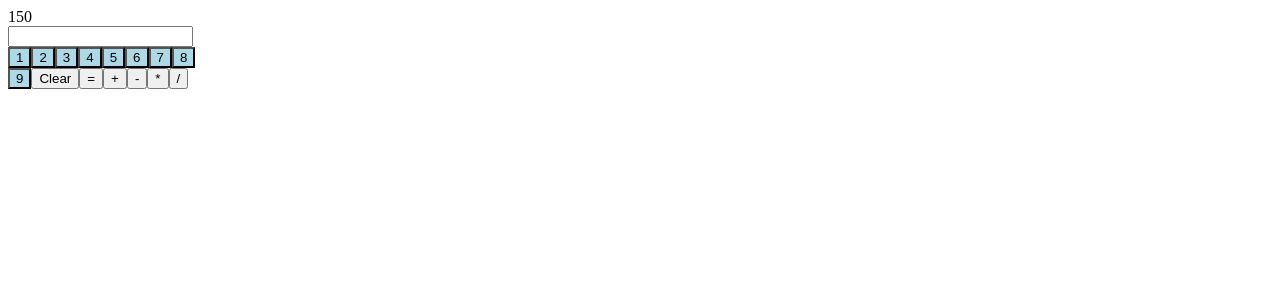
Repository: weazzyefff/Calculator-App
Page: index.html
The author's editor kept a copy of each file at every save. The page is drawn from the files as they stood at one save, then again after the next save.
The browser window is 1280 px wide. The pictures show the whole page.

Above is the page before, as saved 2022-12-16 19:42:50.

### index.html
<!DOCTYPE html>
<html>
<head>
	<meta charset="utf-8">
	<meta name="viewport" content="width=device-width, initial-scale=1">
	<title>Calculator App</title>
    <link rel="stylesheet" href="style.css">
</head>
<body>
    <div class="container">
        <div class="display">150</div>
        <input>
        <button type ="input" class="numbtn">1</button>
        <button type ="input" class="numbtn">2</button>
        <button type ="input" class="numbtn">3</button>
        <button type ="input" class="numbtn">4</button>
        <button type ="input" class="numbtn">5</button>
        <button type ="input" class="numbtn">6</button>
        <button type ="input" class="numbtn">7</button>
        <button type ="input" class="numbtn">8</button>
        <button type ="input" class="numbtn">9</button>
        <button type ="input">Clear</button>
        <button type ="input">=</button>
        <button type ="input">+</button>
        <button type = "input">-</button>
        <button type = "input">*</button>
        <button type = "input">/</button>
    </div>


</body>
</html>

### style.css
.container {
    width: 200px;
    display: flex;
    flex-wrap: wrap;
}
.display {
    border: 2px black;
}
.numbtn {
    background-color: lightblue;
}

After the next save:
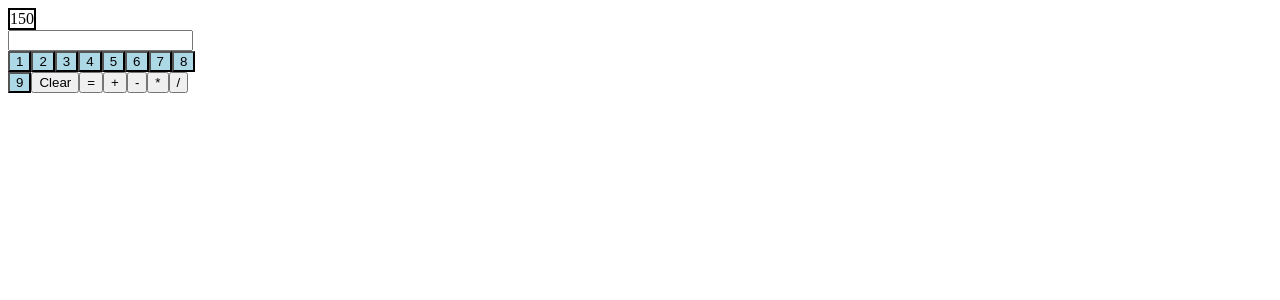
Saved 7 min 6 s later.
--- a/style.css
+++ b/style.css
@@ -4,7 +4,7 @@
     flex-wrap: wrap;
 }
 .display {
-    border: 2px black;
+    border: 2px solid black;
 }
 .numbtn {
     background-color: lightblue;
